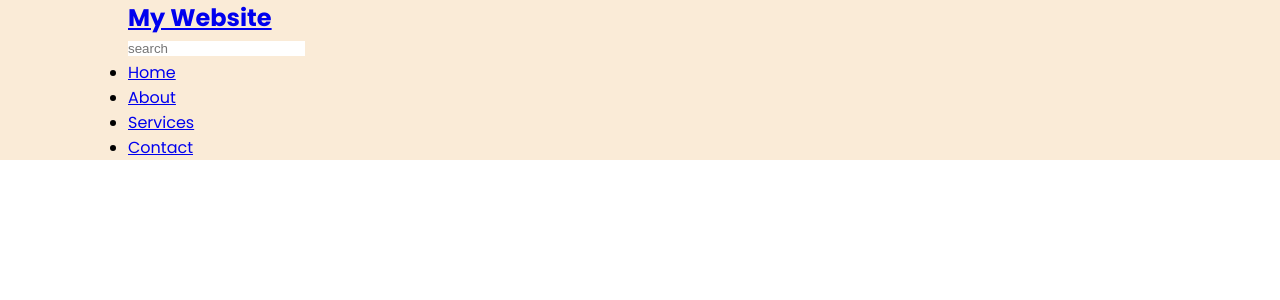
Repository: vncntxl/assesment3
Page: index.html
An editor plug-in stored every save of this project. The page is shown before and after the next save, followed by the edit.
The browser window is 1280 px wide. The pictures show the whole page.

Above is the page before, as saved 2024-08-21 17:05:33.

After the next save:
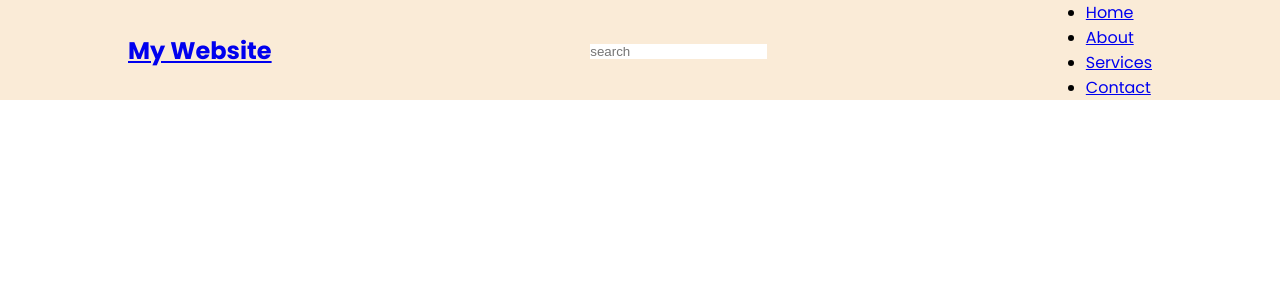
Saved 50 s later.
--- a/styles.css
+++ b/styles.css
@@ -26,3 +26,9 @@ nav {
     top: 0;
     z-index: 10;
 }
+
+nav .container{
+    display: flex;
+    align-items: center;
+    justify-content: space-between;
+}
